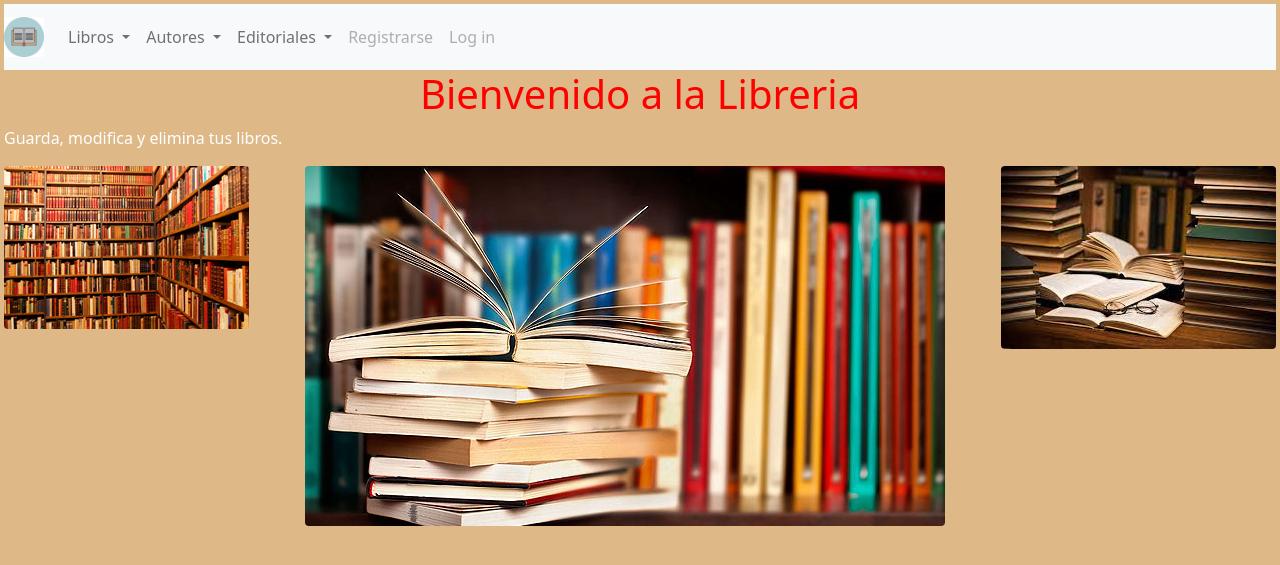
Repository: frnalonso/libreria
Page: src/main/resources/templates/mostrarEditoriales.html
An editor plug-in stored every save of this project. The page is shown before and after the next save, followed by the edit.
The browser window is 1280 px wide. The pictures show the whole page.

Above is the page before, as saved 2021-11-16 10:46:39.

After the next save:
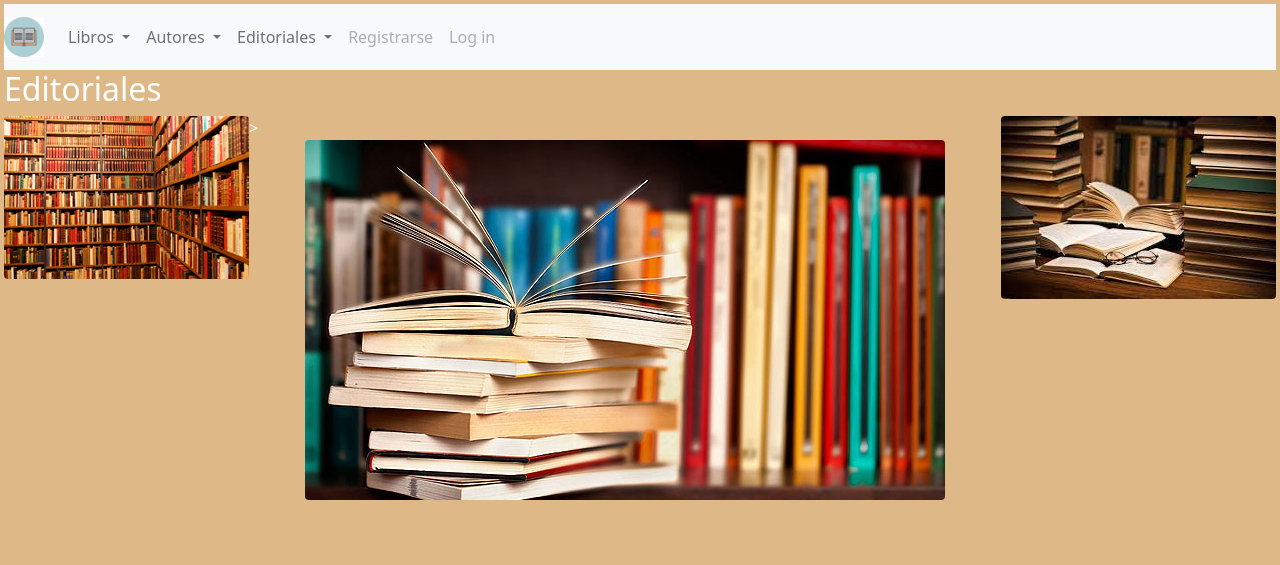
Saved 13 s later.
--- a/src/main/resources/templates/mostrarEditoriales.html
+++ b/src/main/resources/templates/mostrarEditoriales.html
@@ -51,8 +51,7 @@
           </div>
         </div>
       </nav>
-    <h1>Bienvenido a la Libreria</h1>
-    <p>Guarda, modifica y elimina tus libros.</p>
+    <h2>Editoriales</h2>>
 
     <img src="/images/registrar_libro.png" class="rounded float-start" alt="...">
 <img src="/images/autor_registrar.jpg" class="rounded float-end" alt="...">
